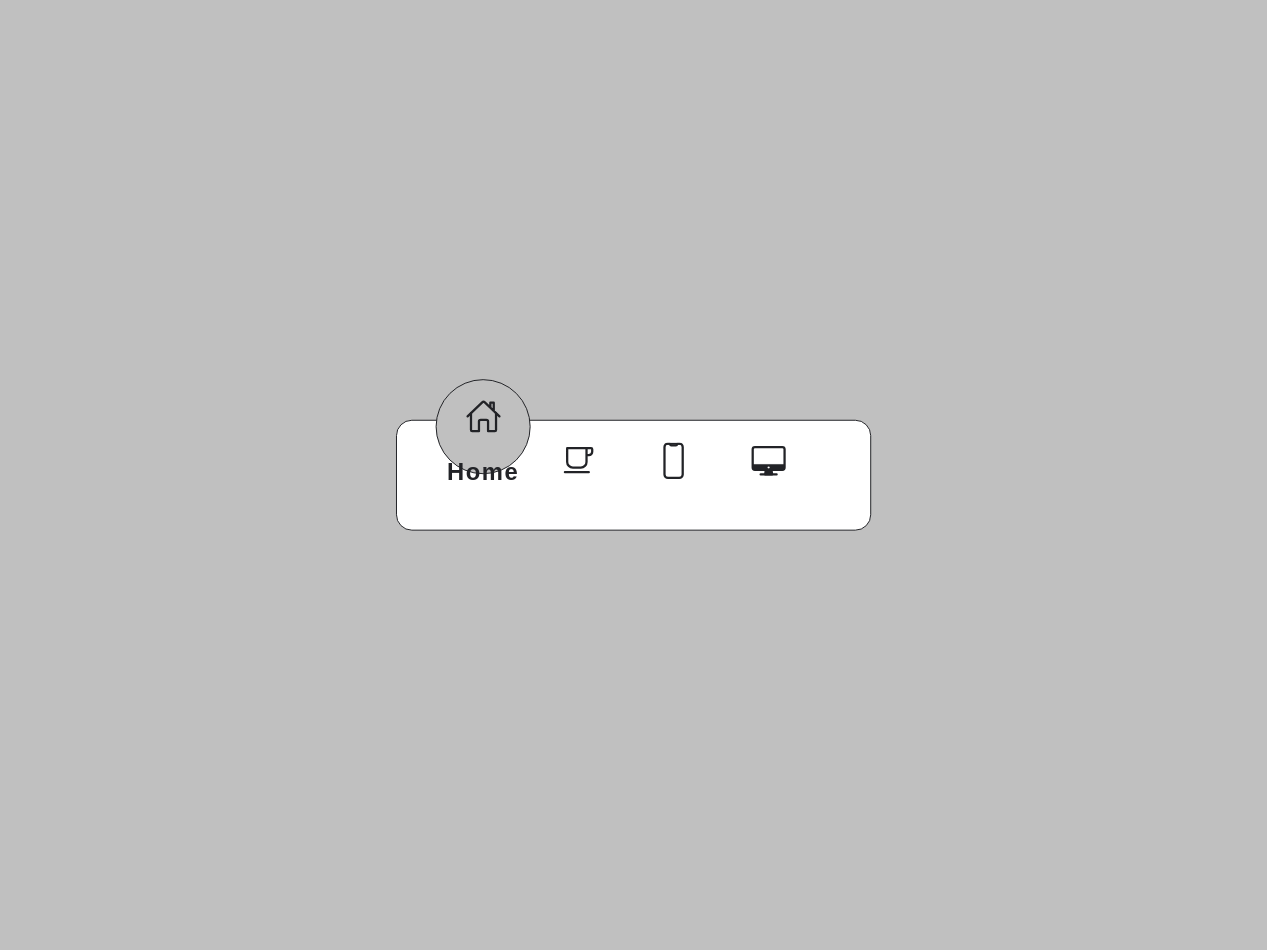
Repository: DevJoeYC/Metabukcs
Page: http://localhost/metabucks/
An editor plug-in stored every save of this project. The page is shown before and after the next save, followed by the edit.
The browser window is 1280 px wide. The pictures show the whole page, at 99% of full size.
The page is served by Tomcat 9.

Above is the page before, as saved 2022-05-27 01:12:08.

After the next save:
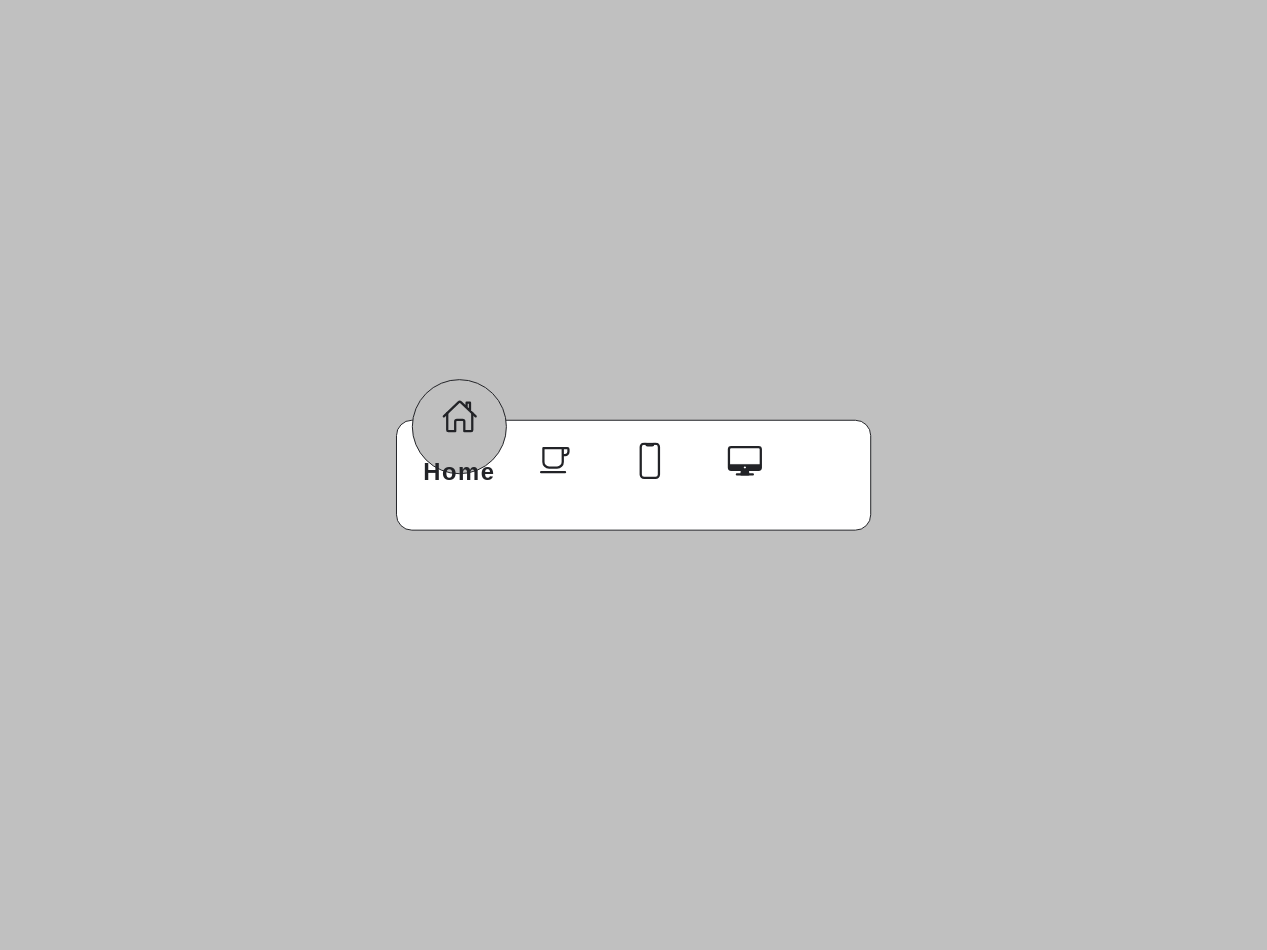
Saved 8 s later.
--- a/metabucks/WebContent/show/test.css
+++ b/metabucks/WebContent/show/test.css
@@ -35,7 +35,7 @@ body
 .nav ul
 {
 	display: flex;
-	width: 25rem;
+	width: 28rem;
 }
 
 .nav ul li
